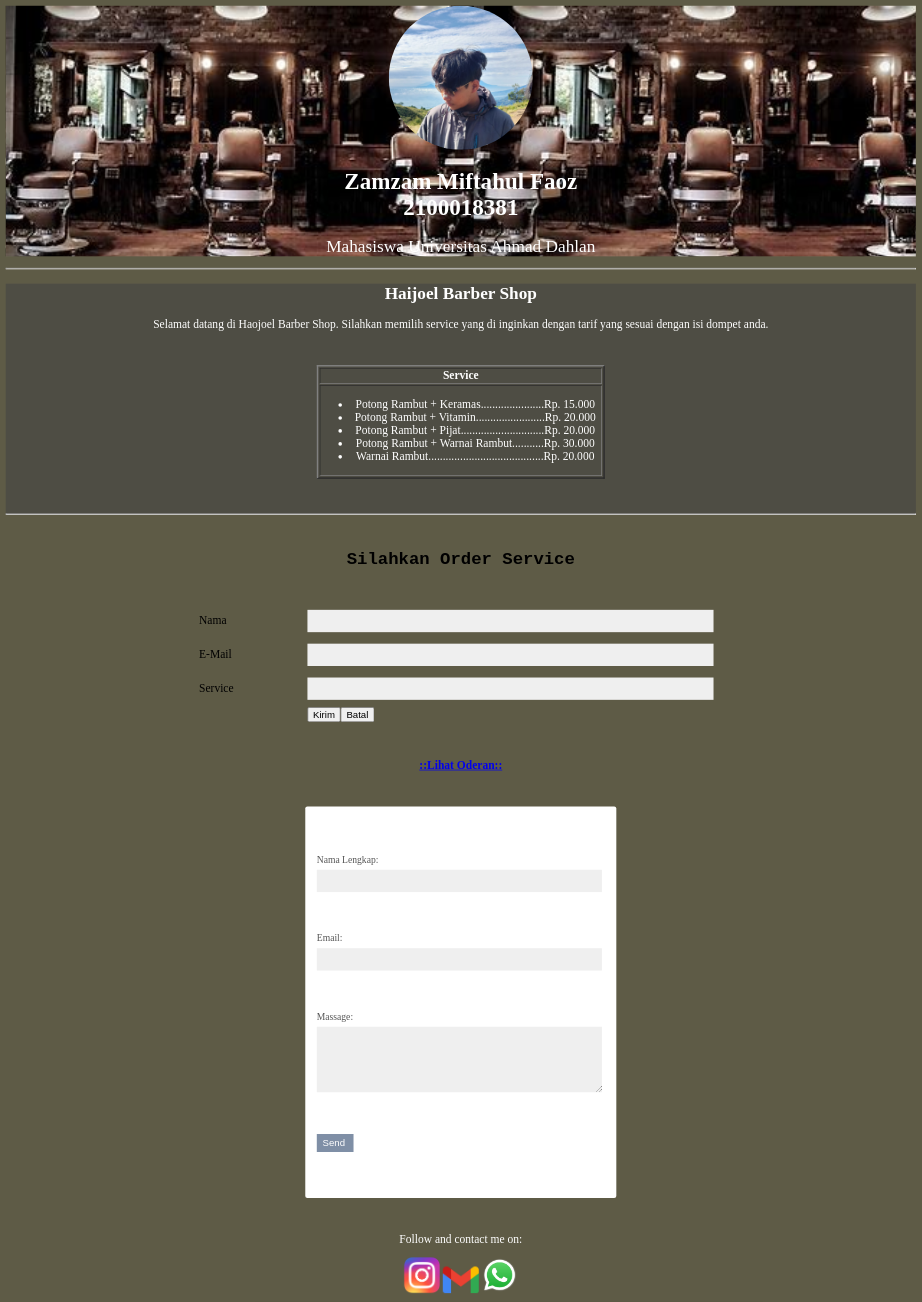
Repository: zamzam00001111/Responsi-Pweb
Page: barber.html
These files come from the project's save history. The page is drawn as it stood at one moment and after the next save; the edit follows.
The browser window is 1280 px wide. The pictures show the whole page, at 72% of full size.

Above is the page before, as saved 2022-07-21 09:28:00.

After the next save:
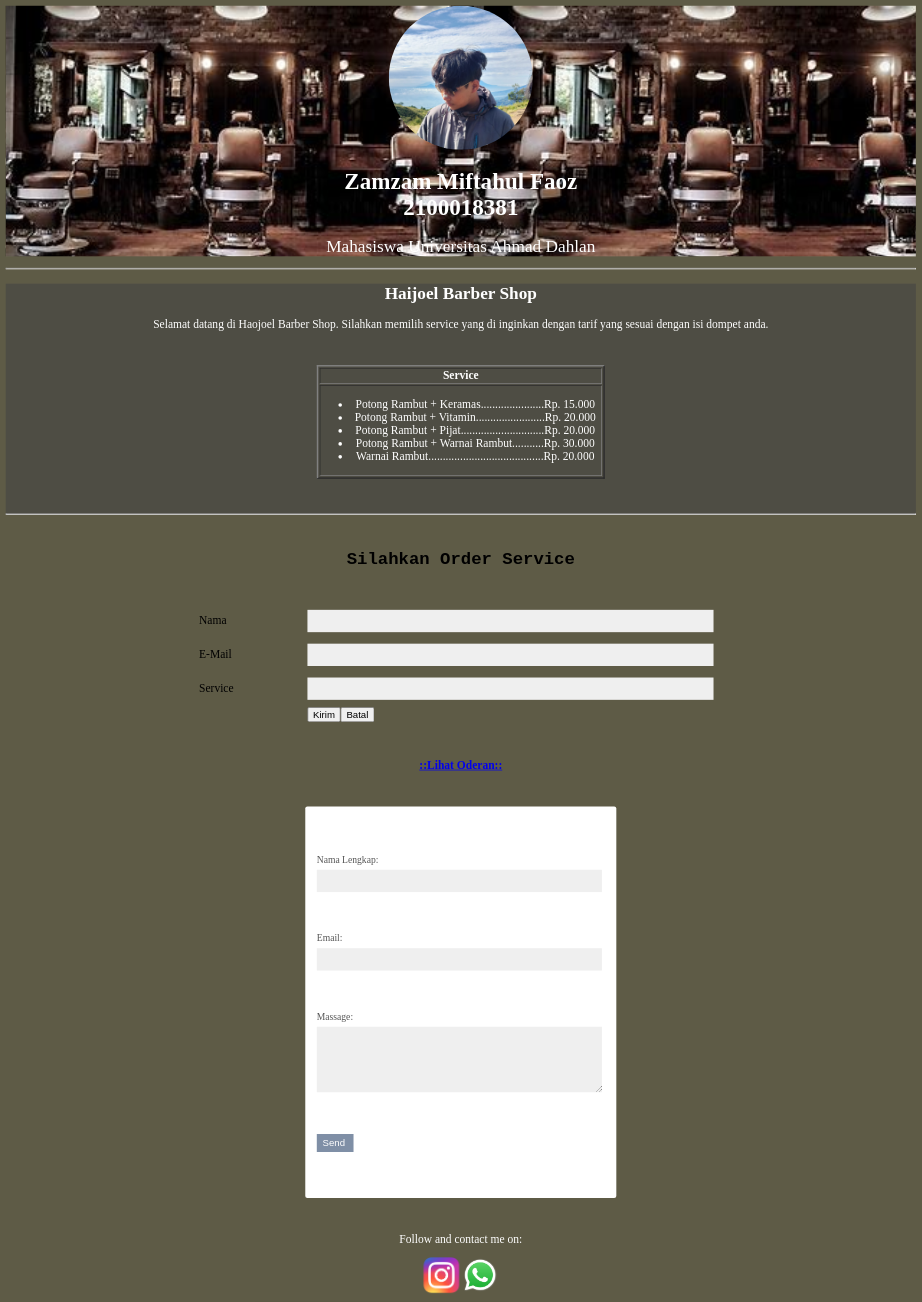
Saved 4 min 54 s later.
--- a/barber.html
+++ b/barber.html
@@ -110,9 +110,9 @@
         <p>
             Follow and contact me on:
         </p>
-        <a href="https://www.instagram.com/dimas.kj_/"><img width="50px" src="instagram.jpg"></a>
-        <a href="mailto:jore.sky321@gmail.com"><img width="50px" src="gmail.png"></a>
-        <a href="whatsapp://send?text=Hello&phone=082290722762"><img width="50px" src="whatsapp.png"></a>
+        <a href="https://www.instagram.com/zamsgrx/?hl=en"><img width="50px" src="instagram.jpg"></a>
+        <a href="https://mail.google.com/mail/u/2/#inbox><img width="50px" src="gmail.png"></a>
+        <a href="https://web.whatsapp.com/"><img width="50px" src="whatsapp.png"></a>
     </footer>
 </body>
 </html>
